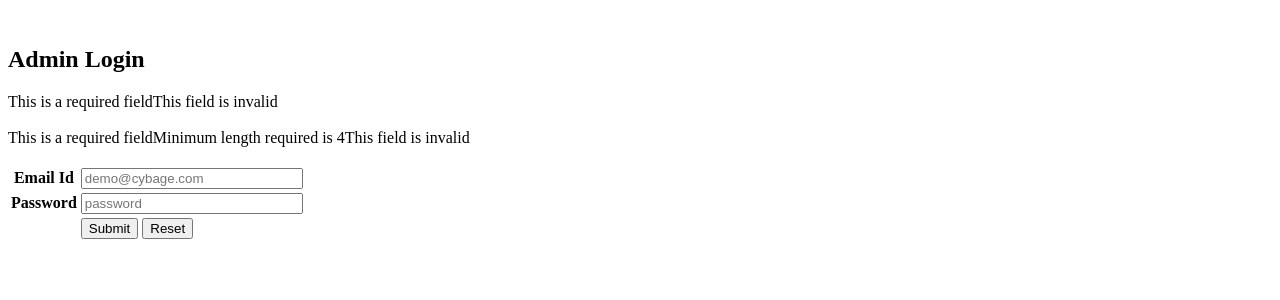
Repository: Dipak27/Dipak-s-front-end
Page: http://localhost/Traning_Management/login.jsp
These files come from the project's save history. The page is drawn as it stood at one moment and after the next save; the edit follows.
The browser window is 1280 px wide. The pictures show the whole page.
The page is served by Tomcat 9. Other server files are loaded and not shown.

Above is the page before, as saved 2016-11-09 11:00:12.
Console error: ReferenceError: mainApp is not defined

### Training Management Project/Traning_Management/src/main/webapp/login.jsp
<!-- CONTENTS START -->




	<div class="container_24">

		<div class="grid_24">
			<div class="contents">

				<div class="grid_24 omega">
					<div class="padding_20 text-justify">
								<div class="grid_18 omega">
						 &nbsp;&nbsp;<h2>Admin Login</h2>
							<div class="padding_20 text-justify" ng-controller="AdminLoginController as ctrl">
								<form id="frmMain" class="frmMain" action="#" method="post" ng-submit="ctrl.submit()" name="adminForm" novalidate="novalidate">
									<table class="form-table" style="width:auto">
										<tr>
											<th>
												Email Id
											</th>
											<td>
												<input id="email" type="text"  class="validate[required]" name="email" style="width:120%" placeholder="demo@cybage.com" value="" ng-model="ctrl.admin.email"  />
											</td>
											<span ng-show="adminForm.$dirty && adminForm.email.$error.required">This is a required field</span>
              								<span ng-show="adminForm.$dirty && adminForm.email.$invalid">This field is invalid </span><br/><br/>


										</tr>

										<tr>
											<th>
												Password
											</th>
											<td>
												<input id="password" type="password"  class="validate[required]" name="password" style="width:120%" placeholder="password" value="" ng-model="ctrl.admin.password" />
											</td>
											<span ng-show="adminForm. && myForm.password.$error.required">This is a required field</span>
              <span ng-show="adminForm.$dirty && adminForm.password.$error.minlength">Minimum length required is 4</span>
              <span ng-show="adminForm.$dirty && adminForm.password.$invalid">This field is invalid </span><br/><br/>


										</tr>
										<tr>
											<th>
												&nbsp;
											</th>
											<td>
												<input id="Submit1" type="submit" value="Submit"  ng-disabled="adminForm.$invalid" />
												<input id="Reset1" type="reset" value="Reset" onclick="this.form.clear();" />
											</td>
										</tr>

									</table>
								</form>
							</div>
						</div>

					</div>
				</div>


				<script>

          mainApp.controller('AdminLoginController', [function() {
              var self = this;
              self.submit = function() {
                  console.log('Form is submitted with following user', self.admin);
            };
      }]);
  </script>
				<div class="clear"></div>
				<div class="padding_20 text-justify">

				</div>
			</div>
		</div>
	</div>
	<!-- CONTENTS END -->

After the next save:
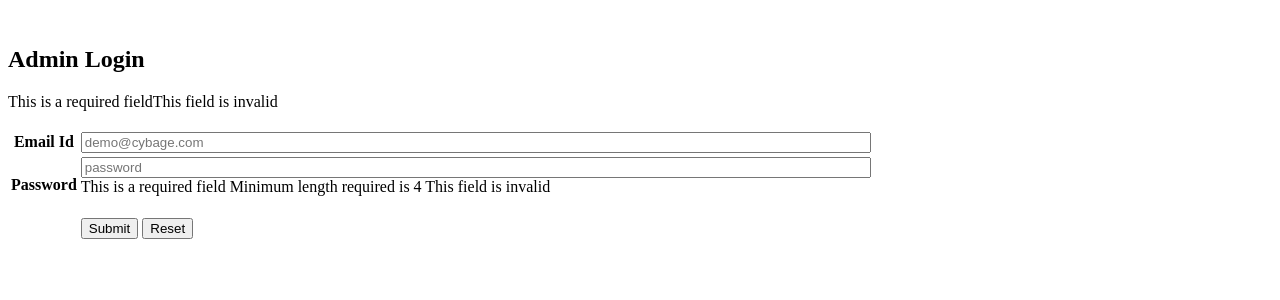
Saved 38 s later.
--- a/Training Management Project/Traning_Management/src/main/webapp/login.jsp
+++ b/Training Management Project/Traning_Management/src/main/webapp/login.jsp
@@ -34,10 +34,11 @@
 											</th>
 											<td>
 												<input id="password" type="password"  class="validate[required]" name="password" style="width:120%" placeholder="password" value="" ng-model="ctrl.admin.password" />
-											</td>
 											<span ng-show="adminForm. && myForm.password.$error.required">This is a required field</span>
               <span ng-show="adminForm.$dirty && adminForm.password.$error.minlength">Minimum length required is 4</span>
               <span ng-show="adminForm.$dirty && adminForm.password.$invalid">This field is invalid </span><br/><br/>
+
+											</td>
 
 
 										</tr>
